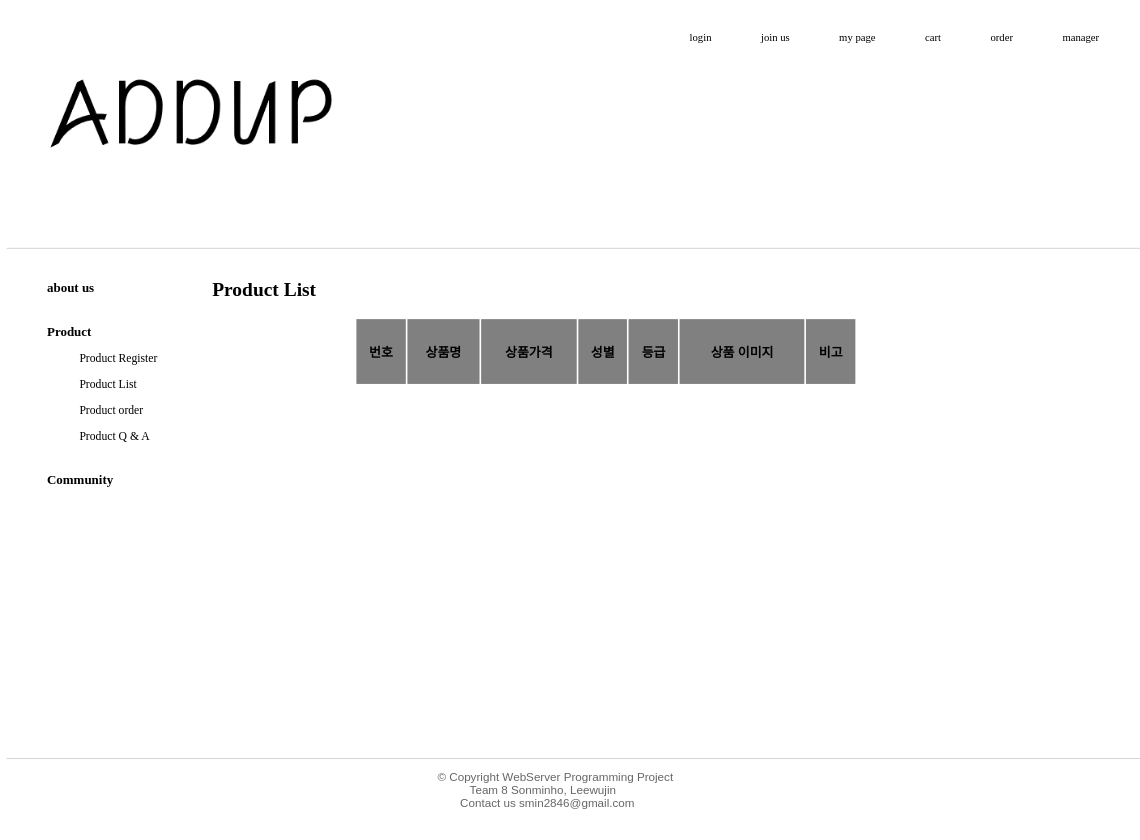
Repository: sonminho/aos
Page: http://localhost/addup_perfume/manager_list.jsp
The author's editor kept a copy of each file at every save. The page is drawn from the files as they stood at one save, then again after the next save.
The browser window is 1280 px wide. The page is 1408 px wide, so the pictures cover 1408 px, including what lies to the right of the window. The pictures show the whole page, at 81% of full size.
The page is served by Tomcat 9. Other server files are loaded and not shown. Queries for data that is not in the repository find no rows.

Above is the page before, as saved 2017-12-07 06:28:12.

### Webserver/addup_perfume/WebContent/manager_list.jsp
<%@ page language="java" contentType="text/html; charset=EUC-KR"
    pageEncoding="EUC-KR"%>
<%@ page import="dao.ProductDAO, dto.ProductVO, java.util.*" %>
<%@ taglib prefix="c" uri="http://java.sun.com/jsp/jstl/core" %>

<!DOCTYPE html PUBLIC "-//W3C//DTD HTML 4.01 Transitional//EN" "http://www.w3.org/TR/html4/loose.dtd">
<html>
<head>
<meta http-equiv="Content-Type" content="text/html; charset=EUC-KR">
<title>Insert title here</title>
<style>
html, body{
	width:100%;
	height:100%;
}
#wrap{
	width:1400px;
	height:100%;
	margin:0px auto;
}
body > #wrap{
	height:auto;
	min-height:100%;
}
#header{
	position:relative;
	padding-bottom:70px;
	border-bottom:1px solid #cccccc;
}
.logo{
	padding: 32px 0 12px 40px;
}
.logo img{
	margin-top:30px;
}
.topnav{
	position:absolute;
	right:30px;
	top:2px;
}
.topnav dd{
	float:left;
	font-size:12px;
	padding-right:11px;
	margin-right:10px;
}
.topnav dd a{
	color:black;
	font-size:1.1em;
	text-decoration:none;
}
.topnav dd a:hover{
	color:gray;
	text-decoration:underline;
}
#mainnav{
	display:block;
	padding-top:30px;
	padding-left:50px;
	float:left;
}
#mainnav dl{
	display:block;
	font:'Nanum Gothic', sans-serif;
	margin-top:10px;
	margin-bottom:36px;
}
#mainnav dt{
	color:black;
	font-weight:bold;
	font-size:16px;
}
#mainnav dt a{
	color:black;
	text-decoration:none;
}
#mainnav dt a:hover{
	color:gray;
	text-decoration:line-through;
}
#mainnav dd{
	display:block;
	margin-top:15px;
}
#mainnav dd a{
	color:black;
	font-size:0.9em;
	text-decoration:none;
}
#mainnav dd a:hover{
	color:gray;
	text-decoration:underline;
}

#container{
	position:relative;
	padding-bottom:400px;
	*zoom: 1;
}
#container:after{
	content:'';
	display:block;
	clear:both;
}
#content{
	width:1000px;
	margin:0px auto;
}
#content table{
	position:relative;
	padding-left:80px;
	width:700px;
	margin:0px auto;
}
#content table tr{
	text-align:center;
	height:80px;
}
#content table td{
	min-width:140px;
}
#content table #column{
	background:gray;
}
#footer{
	position:relative;
	margin-top:-101px;
	background-color:#fff;
}
#footer .footerArea{
	border-top: 1px solid #cccccc;
	padding: 0;
	width: 1400px;
	height: 100px;
	margin: 0 auto;
	color: #666;
	font-size: 0.9em;
	*zoom: 1;
}
#footer .footerArea:after{
	content: '';
	display: block;
	clear: both;
}
#footer .copy{
	margin-left:38%;
	font-family: 'Nanum Gothic', sans-serif;
}
pr{
	background-color:#ffcc00;
	border-bottom:1px dotted #9933aa;
}
</style>
<script type="text/javascript">

</script>
</head>
<body>
<div id="wrap">
	<div id="header">
		<h1 class="logo"><a href="index.jsp"><img src="img/logo.png"/></a></h1>
		<dl class="topnav">
			<dd><a href="login.jsp">login</a></dd>
			<dd><a href="#">join us</a></dd>
			<dd><a href="#">my page</a></dd>
			<dd><a href="#">cart</a></dd>
			<dd><a href="#">order</a></dd>
			<dd><a href="manager_login.jsp">manager</a></dd>
		</dl>
	</div> <!-- header -->

	<div id="container">
		<div id="mainnav">
			<dl class="category_about_us">
				<dt><a href="#">about us</a></dt>
			</dl>
			<dl class="category_shop">
				<dt><a href="#">Product</a></dt>
				<dd><a href="ControllerServlet?command=manager_register">Product Register</a></dd>
				<dd><a href="#">Product List</a></dd>
				<dd><a href="#">Product order</a></dd>
				<dd><a href="#">Product Q & A</a></dd>
			</dl>
			<dl class="community">
				<dt><a href="#">Community</a>
			</dl>

		</div> <!-- mainnav -->
		<div id="content">
		<br>
		<h2>&nbsp;&nbsp;&nbsp;&nbsp;&nbsp;&nbsp;&nbsp;&nbsp;&nbsp;Product List</h2>
			<table width=80% border=0>
				<tr id="column">
					<th>번호</th>
					<th>상품명</th>
					<th>상품가격</th>
					<th>성별</th>
					<th>등급</th>
					<th>상품 이미지</th>
					<th>비고</th>
				</tr>
				<%
					ProductDAO pdao = ProductDAO.getInstance();
					ArrayList<ProductVO> list = pdao.getAllProducts();

					for(ProductVO pVo : list) {
				%>
						<tr>
							<td><%=pVo.getProductNumber()%></td>
							<td><%=pVo.getProductName()%></td>
							<td><%=pVo.getProductPrice()%></td>
							<td><%=pVo.getProductSexCategory() %></td>
							<td><%=pVo.getProductLevelCategory() %></td>
							<td>
					<%
							String imagePath = request.getContextPath() +"/upload_image/"
							+ pVo.getProductImage();
							System.out.println(imagePath + "이미지 경로");
							request.setAttribute("productVO", pVo);
					%>
							<img src="<%=imagePath %>" border=0 width=80 height=80>
							</td>
							<td>
							<a href="ControllerServlet?command=manager_update&product_number=<%=pVo.getProductNumber()%>">수정</a> |
							<a href="ControllerServlet?command=manager_delete&product_number=<%=pVo.getProductNumber()%>">삭제</a></td>
						</tr>
				<%
					}
				%>
			</table>
		</div>
	</div> <!-- container -->
</div> <!-- wrap -->

<div id="footer">
	<div class="footerArea">
		<p class="copy">
			&copy; Copyright WebServer Programming Project <br>
			&nbsp; &nbsp; &nbsp; &nbsp; &nbsp; Team 8 Sonminho, Leewujin <br>
			&nbsp; &nbsp; &nbsp; &nbsp;Contact us smin2846@gmail.com
		</p>
	</div>
</div>
</body>
</html>

### Webserver/addup_perfume/src/dao/ProductDAO.java
package dao;

import java.sql.Connection;
import java.sql.PreparedStatement;
import java.sql.ResultSet;
import java.sql.SQLException;
import java.util.ArrayList;

import javax.naming.Context;
import javax.naming.InitialContext;
import javax.sql.DataSource;

import com.oreilly.servlet.MultipartRequest;

import dto.ProductVO;

public class ProductDAO {
	private static ProductDAO instance = new ProductDAO();

	private ProductDAO() {

	}

	public static ProductDAO getInstance() {
		return instance;
	}

	// 데이터베이스 커넥션풀 연결
	public Connection getConnection() {
		Connection conn = null;
		Context initContext = null;
		Context envContext = null;
		DataSource ds = null;

		try {
			initContext = new InitialContext();
			envContext = (Context) initContext.lookup("java:/comp/env");
			ds = (DataSource) envContext.lookup("jdbc/myoracle");
			conn = ds.getConnection();
		} catch(Exception e) {
			e.printStackTrace();
		}

		return conn;
	}

	public int registerProduct(MultipartRequest multi) throws SQLException {
		Connection conn = null;
		PreparedStatement pstmt = null;
		String sql = "insert into product values(product_seq.nextval, ?, ?, ?, ?, ?, ?)";
		int result = -1;

		try {
			conn = getConnection();
			pstmt = conn.prepareStatement(sql);

			String product_name = multi.getParameter("product_name");
			String product_price = multi.getParameter("product_price");
			String product_content = multi.getParameter("product_content");
			String product_sex_category = multi.getParameter("product_sex_category");
			String product_level_category = multi.getParameter("product_level_category");
			String product_image = multi.getFilesystemName("product_image");

			System.out.println("product_image : " + product_image);

			pstmt.setString(1, product_name);
			pstmt.setString(2, product_price);
			pstmt.setString(3, product_content);
			pstmt.setString(4, product_sex_category);
			pstmt.setString(5, product_level_category);
			pstmt.setString(6, product_image);

			result = pstmt.executeUpdate();

			return result;
		} catch (Exception e) {
			e.printStackTrace();
		} finally {
			if(pstmt != null) pstmt.close();
			if(conn != null) conn.close();
		}

		return result;
	}

	public ArrayList<ProductVO> getAllProducts() throws SQLException {
		Connection conn = null;
		PreparedStatement pstmt = null;
		ResultSet rs = null;

		String sql = "select * from product order by product_number desc";
		ArrayList<ProductVO> list = new ArrayList<ProductVO>();

		try {
			conn = getConnection();
			pstmt = conn.prepareStatement(sql);
			rs = pstmt.executeQuery();

			while(rs.next()){
				ProductVO pVo = new ProductVO();

				pVo.setProductNumber(rs.getInt("product_number"));
				pVo.setProductName(rs.getString("product_name"));
				pVo.setProductPrice(rs.getInt("product_price"));
				pVo.setProductContent(rs.getString("product_content"));
				pVo.setProductSexCategory(rs.getString("product_sex_category"));
				pVo.setProductLevelCategory(rs.getString("product_level_category"));
				pVo.setProductImage(rs.getString("product_image"));

				list.add(pVo);
			}

		} catch(Exception e) {
			e.printStackTrace();
		} finally {
			if(rs != null) rs.close();
			if(pstmt != null) pstmt.close();
			if(conn != null) conn.close();
		}

		return list;
	}

	public ProductVO selectByProductNumber(String product_number) throws SQLException {
		Connection conn = null;
		PreparedStatement pstmt = null;
		ResultSet rs = null;

		ProductVO pVo = null;

		String sql = "select * from product where product_number = ?";

		try {
			conn = getConnection();
			pstmt = conn.prepareStatement(sql);
			pstmt.setString(1, product_number);
			rs = pstmt.executeQuery();

			while(rs.next()) {
				pVo = new ProductVO();

				pVo.setProductNumber(rs.getInt("product_number"));
				pVo.setProductName(rs.getString("product_name"));
				pVo.setProductPrice(rs.getInt("product_price"));
				pVo.setProductContent(rs.getString("product_content"));
				pVo.setProductSexCategory(rs.getString("product_sex_category"));
				pVo.setProductLevelCategory(rs.getString("product_level_category"));
				pVo.setProductImage(rs.getString("product_image"));

			}
		} catch(Exception e) {
			e.printStackTrace();
		} finally {
			if(rs != null) rs.close();
			if(pstmt != null) pstmt.close();
			if(conn != null) conn.close();
		}

		return pVo;
	}

	public void deleteProduct(String product_number) throws SQLException {
		Connection conn = null;
		PreparedStatement pstmt = null;

		String sql = "delete product where product_number = ?";

		try {
			conn = getConnection();

			pstmt = conn.prepareStatement(sql);
			pstmt.setString(1, product_number);
			pstmt.executeQuery();
		} catch(Exception e) {
			e.printStackTrace();
		} finally {
			if(pstmt != null) pstmt.close();
			if(conn != null) conn.close();
		}
	}

	public int updateProduct(MultipartRequest multi) throws SQLException {
		Connection conn = null;
		PreparedStatement pstmt = null;

		int result = -1;

		String sql = "update product set product_name=?, "
				+ "product_price=?, "
				+ "product_content=?, "
				+ "product_sex_category=?, "
				+ "product_level_category=?,"
				+ "product_image=? where product_number=?";

		try {
			conn = getConnection();
			pstmt = conn.prepareStatement(sql);

			String product_name = multi.getParameter("product_name");
			String product_price = multi.getParameter("product_price");
			String product_content = multi.getParameter("product_content");
			String product_sex_category = multi.getParameter("product_sex_category");
			String product_level_category = multi.getParameter("product_level_category");
			String product_image = multi.getFilesystemName("product_image");
			String product_number = multi.getParameter("product_number");

			System.out.println("상품명 : " + product_name);
			System.out.println("상품번호: ");
			pstmt.setString(1, product_name);
			pstmt.setString(2, product_price);
			pstmt.setString(3, product_content);
			pstmt.setString(4, product_sex_category);
			pstmt.setString(5, product_level_category);
			pstmt.setString(6, product_image);
			pstmt.setString(7, product_number);

		    result = pstmt.executeUpdate();
		} catch(Exception e) {
			e.printStackTrace();
		} finally{
			if(pstmt != null) pstmt.close();
			if(conn != null) conn.close();
		}

		return result;
	}

	// 성별 카테고리로 상품 분류
	public ArrayList<ProductVO> getProductsBySexCategory(String category) throws SQLException {
		Connection conn = null;
		PreparedStatement pstmt = null;
		ResultSet rs = null;

		ArrayList<ProductVO> list = null;

		String sql = "select * from product where product_sex_category=?";

		try {
			conn = getConnection();
			pstmt = conn.prepareStatement(sql);
			pstmt.setString(1, category);
			rs = pstmt.executeQuery();

			list = new ArrayList<ProductVO>();

			while(rs.next()) {
				ProductVO pVo = new ProductVO();

				pVo.setProductNumber(rs.getInt("product_number"));
				pVo.setProductName(rs.getString("product_name"));
				pVo.setProductPrice(rs.getInt("product_price"));
				pVo.setProductContent(rs.getString("product_content"));
				pVo.setProductSexCategory(rs.getString("product_sex_category"));
				pVo.setProductLevelCategory(rs.getString("product_level_category"));
				pVo.setProductImage(rs.getString("product_image"));

				list.add(pVo);
			}
		} catch(Exception e) {
			e.printStackTrace();
		} finally {
			if(rs != null) rs.close();
			if(pstmt != null) pstmt.close();
			if(conn != null) conn.close();
		}

		return list;
	}

	public ArrayList<ProductVO> getProductByLevelCategory(String category) throws SQLException {
		Connection conn = null;
		PreparedStatement pstmt = null;
		ResultSet rs = null;

		ArrayList<ProductVO> list = null;

		String sql = "select * from product where product_level_category=?";

		try {
			conn = getConnection();
			pstmt = conn.prepareStatement(sql);
			pstmt.setString(1, category);
			rs = pstmt.executeQuery();

			list = new ArrayList<ProductVO>();

			while(rs.next()) {
				ProductVO pVo = new ProductVO();

				pVo.setProductNumber(rs.getInt("product_number"));
				pVo.setProductName(rs.getString("product_name"));
				pVo.setProductPrice(rs.getInt("product_price"));
				pVo.setProductContent(rs.getString("product_content"));
				pVo.setProductSexCategory(rs.getString("product_sex_category"));
				pVo.setProductLevelCategory(rs.getString("product_level_category"));
				pVo.setProductImage(rs.getString("product_image"));

				list.add(pVo);
			}

		} catch(Exception e) {
			e.printStackTrace();
		} finally {
			if(rs != null) rs.close();
			if(pstmt != null) pstmt.close();
			if(conn != null) conn.close();
		}

		return list;
	}

	public ProductVO getProductByNumber(int product_number) throws SQLException {
		Connection conn = null;
		PreparedStatement pstmt = null;
		ResultSet rs = null;

		String sql = "select * from product where product_number=?";
		ProductVO pVo = null;

		try {
			conn = getConnection();
			pstmt = conn.prepareStatement(sql);
			pstmt.setInt(1, product_number);
			rs = pstmt.executeQuery();

			while(rs.next()) {
				pVo = new ProductVO();

				pVo.setProductNumber(rs.getInt("product_number"));
				pVo.setProductName(rs.getString("product_name"));
				pVo.setProductPrice(rs.getInt("product_price"));
				pVo.setProductContent(rs.getString("product_content"));
				pVo.setProductSexCategory(rs.getString("product_sex_category"));
				pVo.setProductLevelCategory(rs.getString("product_level_category"));
				pVo.setProductImage(rs.getString("product_image"));
			}

		} catch(Exception e) {
			e.printStackTrace();
		} finally {
			if(rs != null) rs.close();
			if(pstmt != null) pstmt.close();
			if(conn != null) conn.close();
		}

		return pVo;
	}
}

### Webserver/addup_perfume/WebContent/manager_login.jsp
<%@ page language="java" contentType="text/html; charset=EUC-KR"
    pageEncoding="EUC-KR"%>
<%@ taglib prefix="c" uri="http://java.sun.com/jsp/jstl/core" %>
<c:if test="${mLogin == 1}">
	<jsp:forward page='manager_home.jsp'/>
</c:if>
<!DOCTYPE html PUBLIC "-//W3C//DTD HTML 4.01 Transitional//EN" "http://www.w3.org/TR/html4/loose.dtd">
<html>
<head>
<meta http-equiv="Content-Type" content="text/html; charset=EUC-KR">
<title>Addup 관리자 로그인</title>
<style>
html, body{
	width:100%;
	height:100%;
}
#wrap{
	width:1400px;
	height:100%;
	margin:0px auto;
}
body > #wrap{
	height:auto;
	min-height:100%;
}
#header{
	position:relative;
	padding-bottom:70px;
	border-bottom:1px solid #cccccc;
}
.logo{
	padding: 32px 0 12px 40px;
}
.logo img{
	margin-top:30px;
}
.topnav{
	position:absolute;
	right:30px;
	top:2px;
}
.topnav dd{
	float:left;
	font-size:12px;
	padding-right:11px;
	margin-right:10px;
}
.topnav dd a{
	color:black;
	font-size:1.1em;
	text-decoration:none;
}
.topnav dd a:hover{
	color:gray;
	text-decoration:underline;
}
#mainnav{
	display:block;
	padding-top:30px;
	padding-left:50px;
	float:left;
}
#mainnav dl{
	display:block;
	font:'Nanum Gothic', sans-serif;
	margin-top:10px;
	margin-bottom:36px;
}
#mainnav dt{
	color:black;
	font-weight:bold;
	font-size:16px;
}
#mainnav dt a{
	color:black;
	text-decoration:none;
}
#mainnav dt a:hover{
	color:gray;
	text-decoration:line-through;
}
#mainnav dd{
	display:block;
	margin-top:15px;
}
#mainnav dd a{
	color:black;
	font-size:0.9em;
	text-decoration:none;
}
#mainnav dd a:hover{
	color:gray;
	text-decoration:underline;
}

#container{
	position:relative;
	padding-bottom:550px;
	*zoom: 1;
}
#container:after{
	content:'';
	display:block;
	clear:both;
}
#content{
	position:absolute;
	display:inline-block;
	top:100px;
	left:450px;
	width:600px;
	height:900px;
	margin:0 auto;
}
#content form{
	padding:120px;
	width:250px;
	margin:0 auto;
}
#content input{
	margin-top:30px;
}
#footer{
	position:relative;
	margin-top:-101px;
	background-color:#fff;
}
#footer .footerArea{
	border-top: 1px solid #cccccc;
	padding: 0;
	width: 1400px;
	height: 100px;
	margin: 0 auto;
	color: #666;
	font-size: 0.9em;
	*zoom: 1;
}
#footer .footerArea:after{
	content: '';
	display: block;
	clear: both;
}
#footer .copy{
	margin-left:38%;
	font-family: 'Nanum Gothic', sans-serif;
}

</style>
<script type="text/javascript">
	function loginCheck() {
		if(document.frm.id.value.length == 0) {
			alert("아이디를 입력해주세요");
			frm.id.focus();
			return false;
		}
		if(document.frm.pw.value.length == 0) {
			alert("비밀번호를 입력해주세요");
			frm.pw.focus();
			return false;
		}

		return true;
	}
</script>
</head>
<body>
<div id="wrap">
	<div id="header">
		<h1 class="logo"><a href="index.jsp"><img src="img/logo.png"/></a></h1>
		<dl class="topnav">
			<dd><a href="login.jsp">login</a></dd>
			<dd><a href="#">join us</a></dd>
			<dd><a href="#">my page</a></dd>
			<dd><a href="#">cart</a></dd>
			<dd><a href="#">order</a></dd>
			<dd><a href="manager_login.jsp">manager</a></dd>
		</dl>
	</div> <!-- header -->

	<div id="container">
		<div id="mainnav">
			<dl class="category_about_us">
				<dt><a href="#">about us</a></dt>
			</dl>
			<dl class="category_shop">
				<dt><a href="#">shop</a></dt>
				<dd><a href="#">Man</a></dd>
				<dd><a href="#">Woman</a></dd>
				<dd><a href="#">Perfume</a></dd>
				<dd><a href="#">Eau de perfume</a></dd>
				<dd><a href="#">Eau de cologne</a></dd>
				<dd><a href="#">Recommend</a></dd>
			</dl>
			<dl class="category_community">
				<dt><a href="#">community</a></dt>
			</dl>
			<dl class="category_qna">
				<dt><a href="#">Q & A</a></dt>
			</dl>
		</div> <!-- mainnav -->
		<div id="content">
			<form name="frm" action="ControllerServlet?command=manager_login" method="post">
				아이디&nbsp; &nbsp;&nbsp; &nbsp;<input type="text" name="id"><br>
				비밀번호&nbsp; &nbsp;<input type="password" name="pw"><br>
				<input type="submit" onclick="return loginCheck();"value="로그인" style="width:240px;">
			</form>
		</div>
	</div> <!-- container -->
</div> <!-- wrap -->

<div id="footer">
	<div class="footerArea">
		<p class="copy">
			&copy; Copyright WebServer Programming Project <br>
			&nbsp; &nbsp; &nbsp; &nbsp; &nbsp; Team 8 Sonminho, Leewujin <br>
			&nbsp; &nbsp; &nbsp; &nbsp;Contact us smin2846@gmail.com
		</p>
	</div>
</div>
</body>
</html>

After the next save:
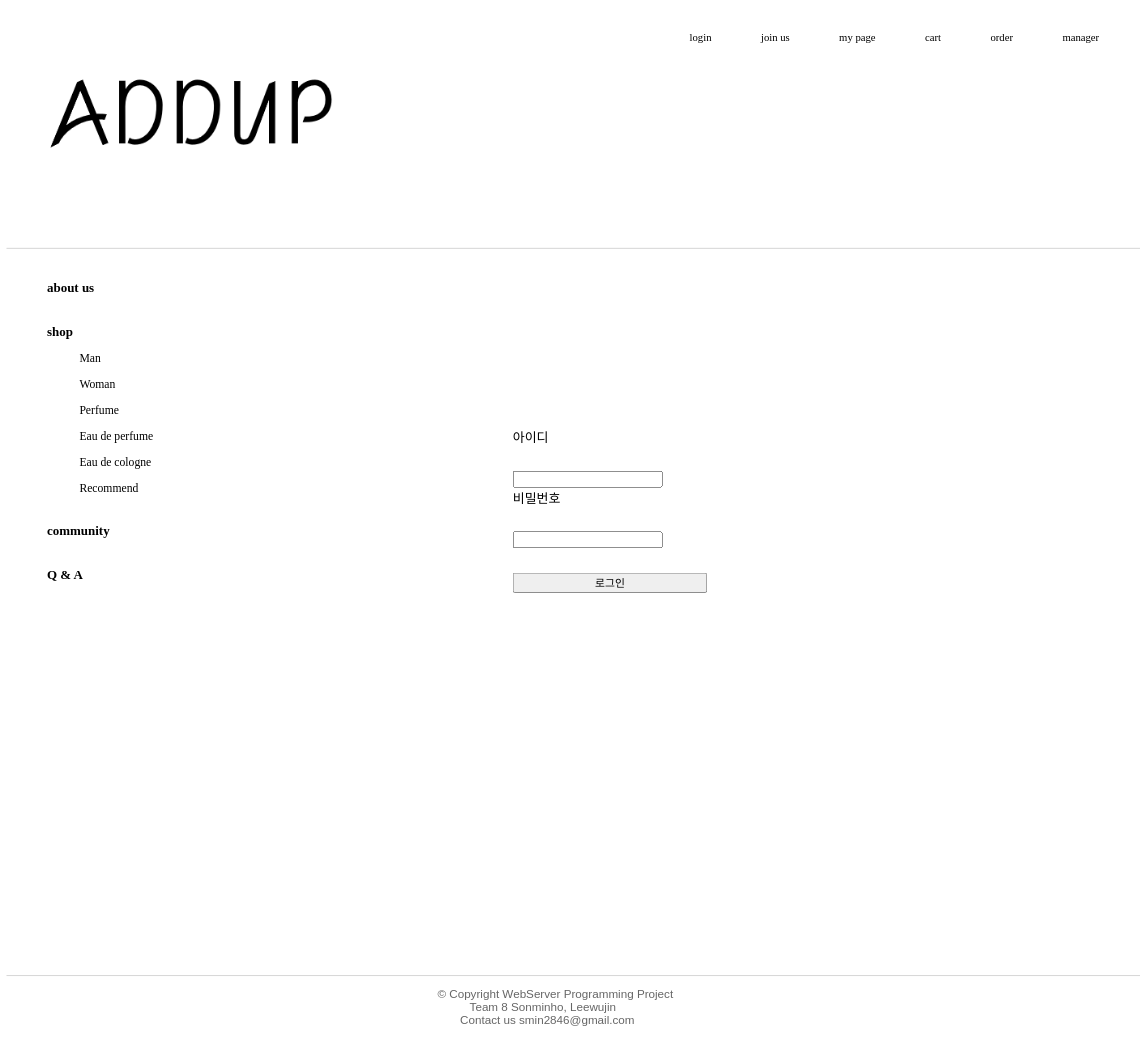
Saved 58 s later.
--- a/Webserver/addup_perfume/WebContent/manager_list.jsp
+++ b/Webserver/addup_perfume/WebContent/manager_list.jsp
@@ -2,6 +2,12 @@
     pageEncoding="EUC-KR"%>
 <%@ page import="dao.ProductDAO, dto.ProductVO, java.util.*" %>
 <%@ taglib prefix="c" uri="http://java.sun.com/jsp/jstl/core" %>
+<%
+	if(session.getAttribute("mLogin") == null) {
+		RequestDispatcher dispatcher = request.getRequestDispatcher("manager_login.jsp");
+		dispatcher.forward(request, response);
+	}
+%>
 
 <!DOCTYPE html PUBLIC "-//W3C//DTD HTML 4.01 Transitional//EN" "http://www.w3.org/TR/html4/loose.dtd">
 <html>
